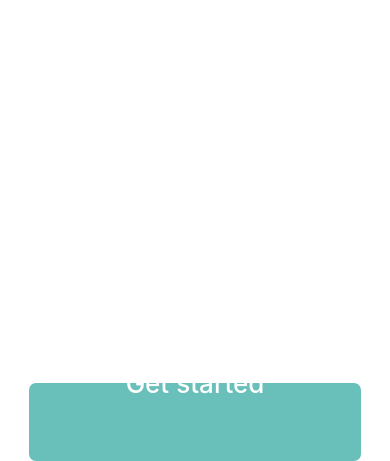
Repository: pheonixlegend/keleya
Screen: /Sign Up
These files come from the project's save history. The screen is drawn as it stood at one moment and after the next save; the edit follows.
The pictures show rows 422 to 899 of an output 883 px tall.
The app was drawn by React Native's web renderer in a window 390 px wide. The project was rebuilt for these pictures with package versions that can differ from the ones it lists, and the page was loaded fresh each time.

Above is the screen before, as saved 2021-10-01 02:28:24.

### App.tsx
import { StatusBar } from 'expo-status-bar';
import React from 'react';
import { StyleSheet, Text, View } from 'react-native';
import Home from './screens/Home';
import { NavigationContainer } from '@react-navigation/native';
import AppStack from './routes/AppStack';

export default function App() {
  return (
    <NavigationContainer>
      <AppStack />
    </NavigationContainer>
  );
}

const styles = StyleSheet.create({
  container: {
    flex: 1,
    backgroundColor: '#fff',
    alignItems: 'center',
    justifyContent: 'center',
  },
});

### routes/AppStack.tsx
import { createStackNavigator } from '@react-navigation/stack';
import { Image } from 'react-native';
import Home from '../screens/Home';
import ImageHeader from '../components/ImageHeader';
import SignUp from '../screens/SignUp';
import React from 'react';
import { Entypo } from '@expo/vector-icons';

const Stack = createStackNavigator();
    const appStack = () => {
        return (
            <Stack.Navigator
                screenOptions={{
                headerShown: false,
                headerTransparent: true,
                headerStyle: {
                  },
                  headerBackTitleStyle: {
                      opacity: 0,
                  },
                  headerTintColor: 'transparent'
                }}
            >
                <Stack.Screen name="Home" component={Home} />
                <Stack.Screen
                    name="Sign Up"
                    component={SignUp}
                    options={{
                        headerShown: true,
                        headerBackImage: ()=>(<Entypo name='arrow-left' size={22}
                        color="#4a4a4a" style={{ paddingLeft: '20%', marginTop: '-10%' }} />)
                    }}
                />
            </Stack.Navigator>
        )
    }
export default appStack

### screens/Home.tsx
import { StatusBar } from 'expo-status-bar';
import React from 'react';
import { StyleSheet, Text, View, Button, Image, SafeAreaView, ImageBackground, TouchableOpacity } from 'react-native';
import { Global } from '../styles/Global'

const Home = ({navigation}: {navigation: any}) => {
  const pressHandler = () => {
    navigation.push("Sign Up")
  }

  return (
    <ImageBackground source={require('../assets/images/first-intro-image.png')} style={styles.backgroundImage} >

    <SafeAreaView style={Global.container}>
      <StatusBar backgroundColor={'transparent'} translucent/>

      <View style={styles.imageContainer}>
        <Image source={require('../assets/images/keleya-logo.png')} style={styles.image} resizeMode="contain" />
      </View>

      <View style={styles.centeredView}>
        <Text style={styles.subText}>For a fit and relaxed pregnancy</Text>
      </View>

      <View style={styles.buttonContainer}>
      <TouchableOpacity style={styles.customBtnBGBottom} onPress={pressHandler}>
        <Text style={styles.customBtnTextBottom}>Get started</Text>
      </TouchableOpacity>


      <TouchableOpacity style={styles.customBtnBGBottom2} onPress={pressHandler}>
        <Text style={styles.customBtnTextBottom2}>Or login</Text>
      </TouchableOpacity>
      </View>
    </SafeAreaView>

    </ImageBackground>
  )
}

const styles = StyleSheet.create({
  imageContainer: {
    justifyContent: 'center',
    alignItems: 'center',
    height: '20%'
  },

  backgroundImage: {
    flex: 1,
    width: undefined,
    height: undefined,
    resizeMode: 'cover'
  },

  centeredView: {
    justifyContent: 'center',
    alignItems: 'center'
  },

  image: {
    width: '23%',
    height: '100%'
  },

  subText: {
    textAlign: 'center',
    fontSize: 24,
    fontWeight: "500",
    marginTop: '-3%',
    width: '53%',
    color: "#4a4a4a"
  },

  buttonContainer: {
    flex: 1,
    alignItems: 'center',
    height: '12.4%',
  },

  customBtnBGBottom: {
    backgroundColor: "#69c0ba",
    borderRadius: 7,
    width: '85%',
    height: '6.2%',
    position: 'absolute',
    bottom: 0,
    marginBottom: '23%',
    justifyContent: 'center',
    alignItems: 'center',
  },

  customBtnBGBottom2: {
    backgroundColor: "transparent",
    borderRadius: 7,
    width: '85%',
    position: 'absolute',
    bottom: 0,
    marginBottom: '10%',
    justifyContent: 'center',
    alignItems: 'center',
  },

  customBtnTextBottom: {
    fontSize: 26,
    fontWeight: "500",
    color: "#fff",
    textAlign: "center"
  },

  customBtnTextBottom2: {
    fontSize: 21,
    fontWeight: "600",
    color: "#4a4a4a",
    textAlign: "center"
  }

});

export default Home

### screens/SignUp.tsx
import { StatusBar } from 'expo-status-bar';
import React from 'react';
import { StyleSheet, Text, View, Button, Image, SafeAreaView, ImageBackground, TouchableOpacity } from 'react-native';
import { Global } from '../styles/Global';
import ImageHeader from '../components/ImageHeader';

const SignUp = ({navigation}: {navigation: any}) => {
  const pressHandler = () => {
    navigation.push("Home")
  }

 return (
    <SafeAreaView style={styles.mainContainer}>
      <StatusBar backgroundColor={'transparent'} translucent/>
      <ImageHeader/>
      <View style={styles.centeredView}>
        <Text style={styles.subText}>Add your details below to set up an account</Text>

      </View>
      <View style={styles.buttonContainer}>
          <TouchableOpacity style={styles.customBtnBGBottom} onPress={pressHandler}>
            <Text style={styles.customBtnTextBottom}>Get started</Text>
          </TouchableOpacity>
      </View>


    </SafeAreaView>
  )
}

const styles = StyleSheet.create({
  mainContainer: {
    flex: 1,
    backgroundColor: 'white'
  },

  centeredView: {
    flex: 2,
    justifyContent: 'flex-start',
    alignItems: 'center',
    backgroundColor: 'white',
    marginTop: '80%',
    paddingLeft: '10%',
    paddingRight: '10%'
  },

  subText: {
    textAlign: 'center',
    fontSize: 25,
    width: '90%',
    fontWeight: "300",
    color: "#4a4a4a"
  },

  buttonContainer: {
    position: 'absolute',
    alignItems: 'center',
    backgroundColor: 'white',
    width: '100%',
    marginBottom: '10%',
    bottom: 0
  },

  customBtnBGBottom: {
    backgroundColor: "#69c0ba",
    borderRadius: 7,
    width: '85%',
    height: 50,
    position: 'absolute',
    justifyContent: 'center',
    alignItems: 'center',
    paddingBottom: '20%',
  },

  customBtnTextBottom: {
    fontSize: 26,
    fontWeight: "500",
    color: "#ffff",
    textAlign: "center"
  }

});

export default SignUp

### styles/Global.tsx
import { StyleSheet } from 'react-native';

export const Global = StyleSheet.create({
    container: {
        flex: 1,
        backgroundColor: 'transparent',
    }
})

### components/ImageHeader.tsx
import * as React from 'react';
import { Text, View, StyleSheet, Image, ImageBackground } from 'react-native';
import { Entypo } from '@expo/vector-icons';

export default function ImageHeader() {
  return (
      <Image source={require('../assets/images/authentication-background-image.jpg')} style={styles.image} resizeMode="cover">

    </Image>
  );
}

const styles = StyleSheet.create({
  image: {
    flex: 1,
    position: 'absolute',
    width: '100%',
    height: '50%'
  }
});

After the next save:
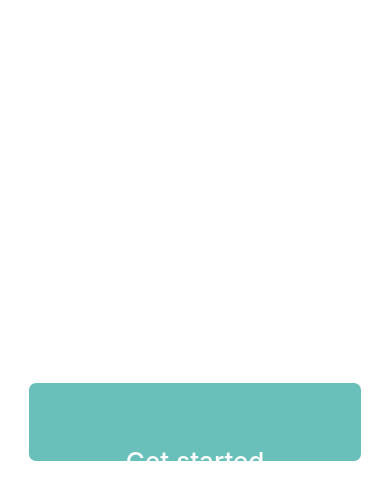
Saved 13 s later.
--- a/screens/SignUp.tsx
+++ b/screens/SignUp.tsx
@@ -69,7 +69,7 @@ const styles = StyleSheet.create({
     position: 'absolute',
     justifyContent: 'center',
     alignItems: 'center',
-    paddingBottom: '20%',
+    paddingTop: '20%',
   },
 
   customBtnTextBottom: {
